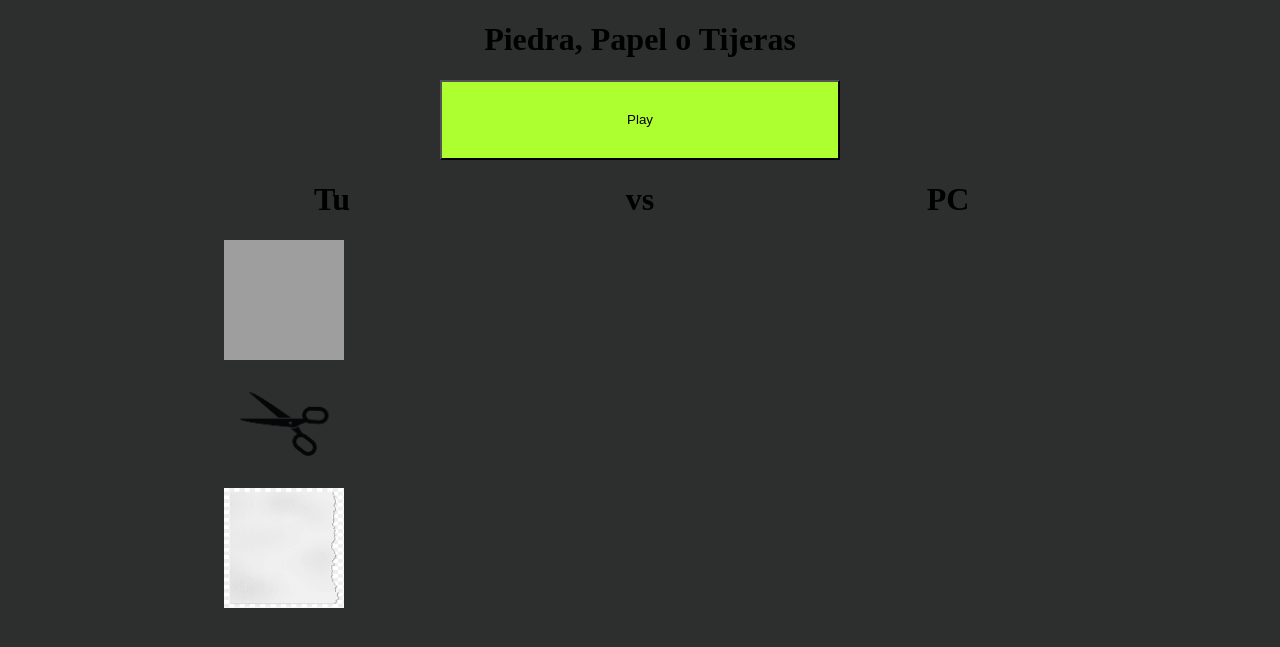
Repository: Kevin8548/FundamentosJS
Page: scissors.html
These files come from the project's save history. The page is drawn as it stood at one moment and after the next save; the edit follows.
The browser window is 1280 px wide. The pictures show the whole page.
Pictures or frames that could not be fetched are drawn as grey boxes.

Above is the page before, as saved 2024-09-23 06:23:15.

### scissors.html
<!DOCTYPE html>
<html lang="en">
<head>
    <meta charset="UTF-8">
    <meta name="viewport" content="width=device-width, initial-scale=1.0">
    <title>Piedra, Papel o Tijeras</title>
    <link rel="stylesheet" href="style.css">
</head>
<body>
    <div class="content">
        <h1>Piedra, Papel o Tijeras</h1>
        <div class="parent">
            <div class="div1">
                <button id="playBtn">Play</button>
            </div>

            <div class="div2">
                <h1>Tu</h1>
                <div class="choices">
                    <img src="img/piedra.jpeg" alt="Piedra" class="choice" data-choice="piedra">
                    <img src="img/tijera.webp" alt="Tijeras" class="choice" data-choice="tijeras">
                    <img src="img/papel.png" alt="Papel" class="choice" data-choice="papel">
                </div>
                <img id="userChoiceImage" src="" alt="Selección del usuario" style="display: none;">
            </div>

            <div class="div3"><h1>vs</h1></div>

            <div class="div4">
                <h1>PC</h1>
                <img src="img/2775.png" alt="Selección de la máquina" style="display: none;">
            </div>

            <div class="div5" id="result"></div>
        </div>
    </div>
    <script src="./concepts/scissors.js"></script>
</body>
</html>

### style.css
.parent {
display:grid ;
grid-template-columns: repeat(5, 1fr);
grid-template-rows: repeat(1.5, 1fr);
grid-column-gap: 0px;
grid-row-gap: 0px;
}

.div1 { grid-area: 1 / 3 / 2 / 4; }
.div2 { grid-area: 3 / 2 / 4 / 3; }
.div3 { grid-area: 3 / 3 / 4 / 4; }
.div4 { grid-area: 3 / 4 / 4 / 5; }
.div5 { grid-area: 5 / 3 / 6 / 4; }

h1{
text-align: center;
}

img{
width: 120px;
height: 120px;
cursor: pointer;
}

body{
background-color: rgb(45, 46, 46);
}

button {
    background-color: greenyellow;
    width: 400px;
    height: 80px;
    cursor: pointer;
}

### concepts/scissors.js
const btnPlay = document.getElementById('playBtn');
const divUser = document.querySelector('.div2');
const divMaq = document.querySelector('.div4');
const resultDiv = document.getElementById('result');
const userChoiceImage = document.getElementById('userChoiceImage');
const pcChoiceImage = document.getElementById('pcChoiceImage');

let userChoice = '';

const choices = document.querySelectorAll('.choice');
choices.forEach(choice => {
    choice.addEventListener('click', () => {
        userChoice = choice.dataset.choice;
    });
});

btnPlay.addEventListener('click', () => {
    if (!userChoice) {
        alert('Por favor, selecciona piedra, papel o tijeras primero.');
        return;
    }

    const options = ['piedra', 'papel', 'tijeras'];
    const aleatorio = Math.floor(Math.random() * 3);
    const choiceMaq = options[aleatorio];

    // Comparaciones para determinar el ganador
    if (userChoice === choiceMaq) {
        resultDiv.innerText = "¡Es un empate!";
    } else if (
        (userChoice === 'piedra' && choiceMaq === 'tijeras') ||
        (userChoice === 'papel' && choiceMaq === 'piedra') ||
        (userChoice === 'tijeras' && choiceMaq === 'papel')
    ) {
        resultDiv.innerText = "¡Tú ganas!";
    } else {
        resultDiv.innerText = "¡La máquina gana!";
    }
});

After the next save:
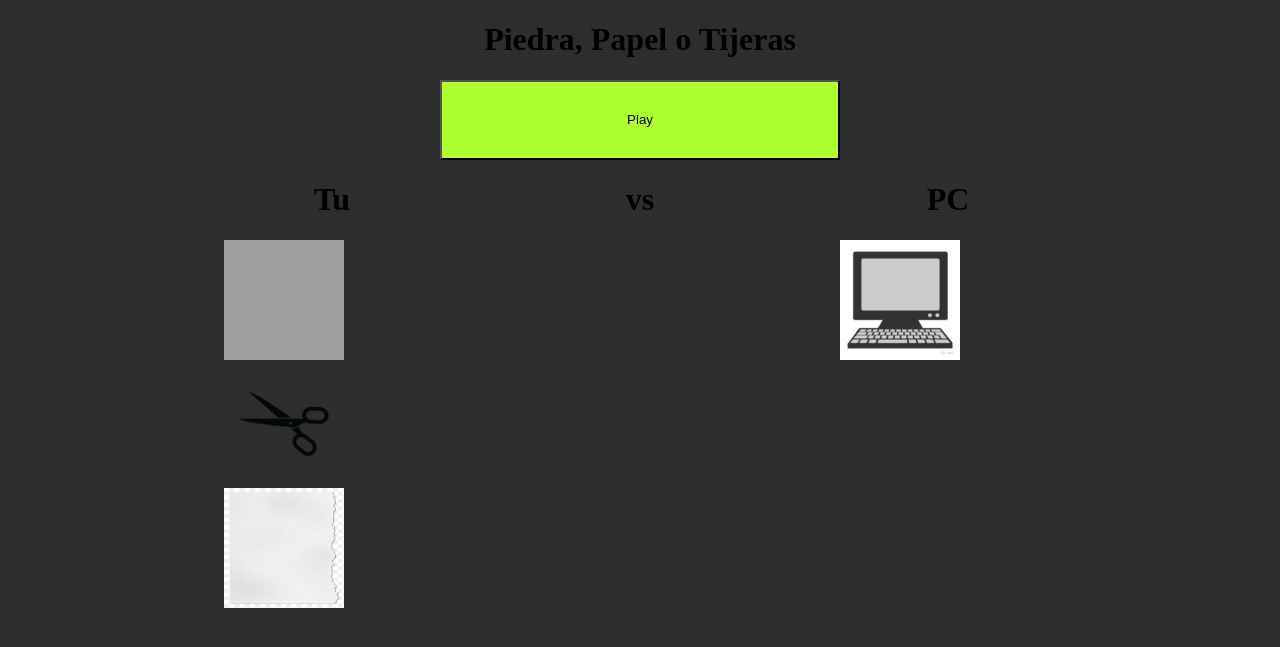
Saved 37 s later.
--- a/scissors.html
+++ b/scissors.html
@@ -28,7 +28,7 @@
 
             <div class="div4">
                 <h1>PC</h1>
-                <img src="img/2775.png" alt="Selección de la máquina" style="display: none;">
+                <img src="img/2775.png" alt="">
             </div>
 
             <div class="div5" id="result"></div>
